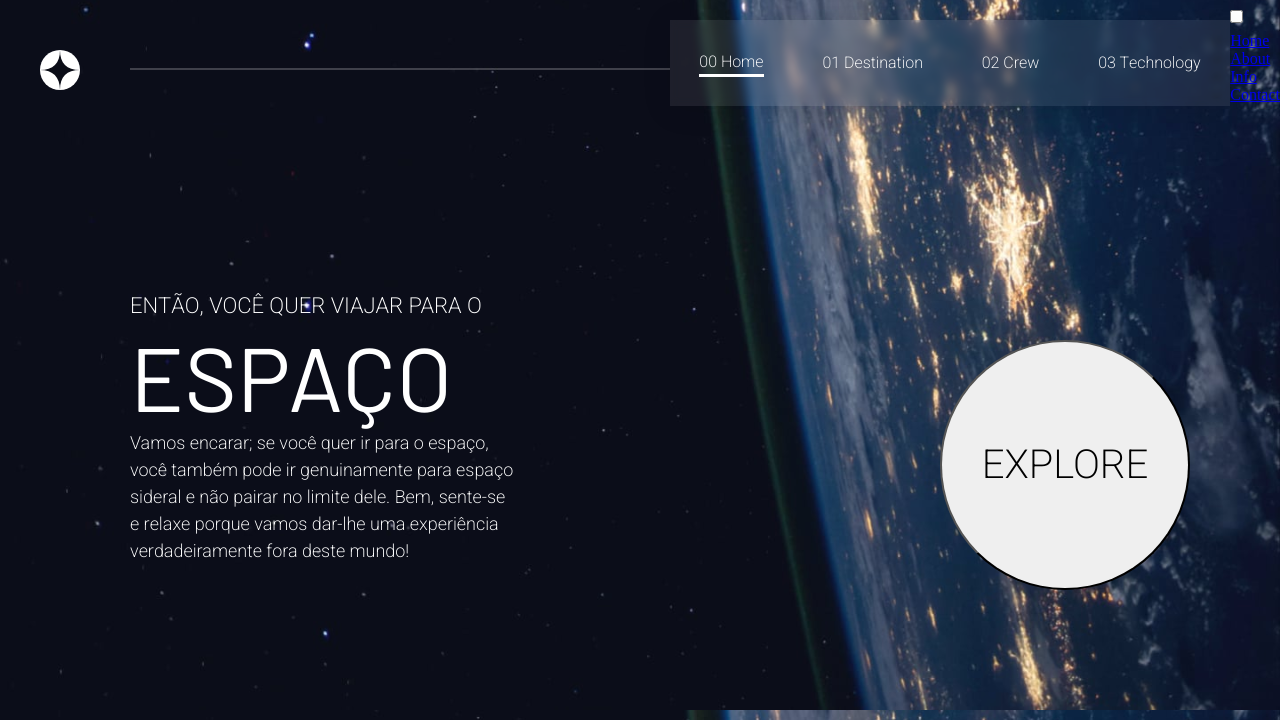
Repository: Leonngc/space-site
Page: space-tourism-website-main/space-tourism-website-main/starter-code/index.html
The author's editor kept a copy of each file at every save. The page is drawn from the files as they stood at one save, then again after the next save.
The browser window is 1280 px wide. The pictures show the whole page.
Some web libraries are served in a nearby version.

Above is the page before, as saved 2023-04-29 16:50:19.

### space-tourism-website-main/space-tourism-website-main/starter-code/index.html
<!DOCTYPE html>
<html lang="pt-br">
<head>
  <meta charset="UTF-8">
  <meta name="viewport" content="width=device-width, initial-scale=1.0">
  <link rel="icon" type="image/png" sizes="32x32" href="./assets/favicon-32x32.png">
  <link rel="stylesheet" href="styles/menu.css">
  <link rel="stylesheet" href="styles/home.css">
  <!-- CDN FLATICON-->
  <link rel='stylesheet' href='https://cdn-uicons.flaticon.com/uicons-bold-rounded/css/uicons-bold-rounded.css'>
  <script src="script/menu.js" defer></script>
  <title>Frontend Mentor | Space tourism website</title>
</head>
<body>

  <header>
    <img src="assets/shared/logo.svg" alt="" class="logo">
    <div class="line"></div>

    <ul class="menu">
    <li class="item-menu active"><a href="#">00 Home</a></li>
    <li class="item-menu"><a href="#">01 Destination</a></li>
    <li class="item-menu"><a href="#">02 Crew</a></li>
    <li class="item-menu"><a href="#">03 Technology</a></li>
    </ul>




    <div class="container">
      <div class="phone">
        <div class="content">

          <nav role="navigation">
            <div id="menuToggle">
              <input type="checkbox" />
                <span></span>
                <span></span>
                <span></span>
            <ul id="menu">
              <li><a href="#">Home</a></li>
              <li><a href="#">About</a></li>
              <li><a href="#">Info</a></li>
              <li><a href="#">Contact</a></li>
            </ul>
           </div>
          </nav>
        </div>
       </div>
    </div>
  </header>

<div class="container-button">
    <button>Explore</button>
  </div>
<div class="text-box">
    <span>Então, você quer viajar para o</span>
    <h1>Espaço</h1>
    <p>
      Vamos encarar; se você quer ir para o espaço, você também pode ir genuinamente para
      espaço sideral e não pairar no limite dele. Bem, sente-se e relaxe
      porque vamos dar-lhe uma experiência verdadeiramente fora deste mundo!
    </p>
</div>



</body>
</html>

### space-tourism-website-main/space-tourism-website-main/starter-code/styles/menu.css
@import url('https://fonts.googleapis.com/css2?family=Heebo:wght@200&display=swap');

*{
    padding: 0;
    margin: 0;
}

header{
    display: flex;
    justify-content: space-between;
}

.menu{
    margin-top: 20px;
    display: flex;
    width: 90vw ;
    height: 12vh;
    position: relative;
    justify-content: space-between;
    list-style: none;
    background: rgba(255, 255, 255, 0.21);
    background: rgba(255, 255, 255, 0.08);
    box-shadow: 0 4px 30px rgba(0, 0, 0, 0.1);
    backdrop-filter: blur(5px);
    -webkit-backdrop-filter: blur(5px);
}

.item-menu{
    margin: auto;

}

.item-menu a{
    text-decoration: none;
    font-family: 'Heebo', sans-serif;
    color: white;
}

.active{
  border-bottom: 3px solid white;
}

.line{
    background-color:  rgba(255, 255, 255, 0.21);

    height: 2px;
    width: 1110px;
    margin-top: 68px;
    margin-left: 30px;
}

.logo{
    margin-top: 30px;
    margin-left: 20px;
    width: 40px;
    height: 40px;
    padding: 20px;
}

@media screen and (max-width: 900px){
    .menu{
        display: none;
    }

    .line{
        display: none;
    }

    body{
        background-image: url(../assets/home/background-home-mobile.jpg) !important;
    }

}

### space-tourism-website-main/space-tourism-website-main/starter-code/styles/home.css
@import url('https://fonts.googleapis.com/css2?family=Barlow&display=swap');
@import url('https://fonts.googleapis.com/css2?family=Heebo:wght@200&display=swap');
/*  font-family: 'Barlow', sans-serif;
    font-family: 'Heebo', sans-serif;
*/

:root{
    --title-font: 'Barlow';
    --paragraph-font: 'Heebo';
}

body{
    background-image: url(../assets/home/background-home-desktop.jpg);
    background-size: cover;
    background-position: center center;
}


.text-box{
    margin-top: 150px;
    padding: 30px;
    margin-left: 100px;
    width: 30vw;
    color: white;
}

span{
    font-family: var(--paragraph-font);
    font-size: 22px;
    text-transform: uppercase;
}

h1{
    font-family: var(--title-font);
    font-size: 90px;
    font-weight: 200;
    text-transform: uppercase;
}

p{
    font-family: var(--paragraph-font), sans-serif;
    font-size: 18px;
}

.container-button{
    float: right;
    margin-top: 230px;
    margin-right: 90px;
    margin-bottom: 30px;
}

.container-button button{
    width: 250px;
    height: 250px;
    border-radius: 50%;
    font-size: 40px;
    font-family: var(--paragraph-font);
    font-weight: 200;
    text-transform: uppercase;
}

Loaded but not shown: space-tourism-website-main/space-tourism-website-main/starter-code/script/menu.js (no stored copy; drawn as an empty file)

After the next save:
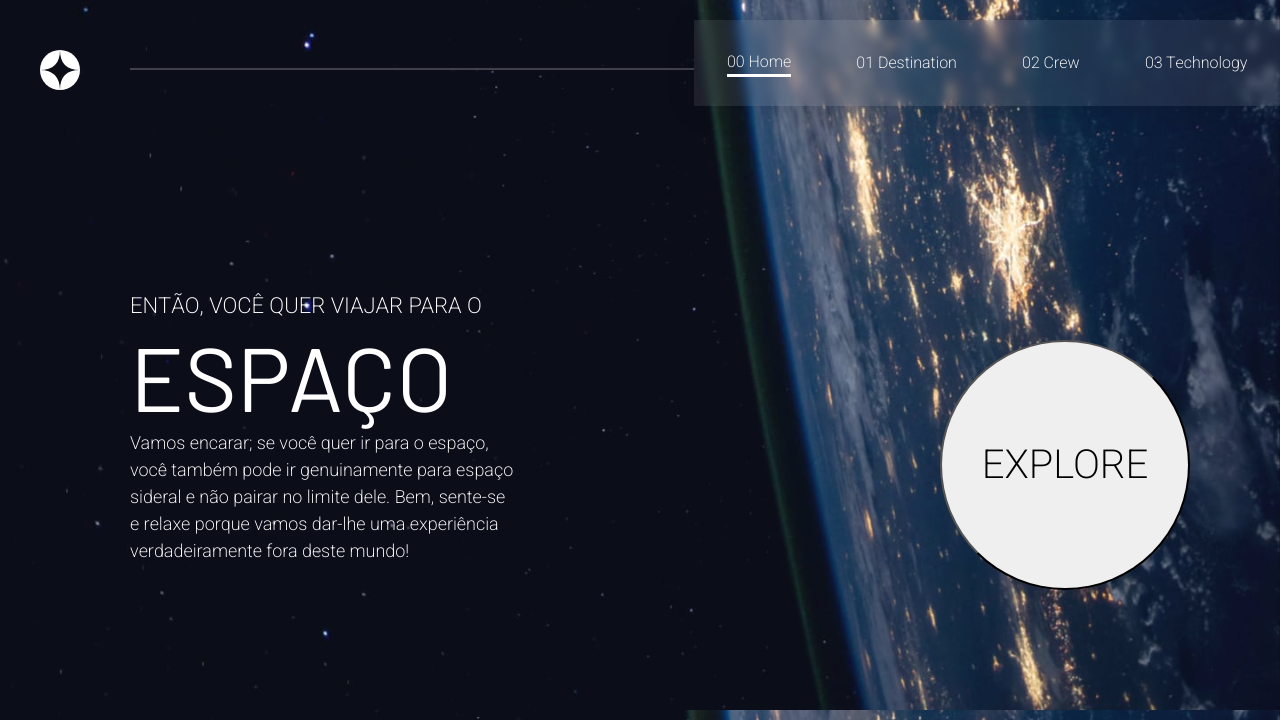
Saved 7 s later.
--- a/space-tourism-website-main/space-tourism-website-main/starter-code/index.html
+++ b/space-tourism-website-main/space-tourism-website-main/starter-code/index.html
@@ -26,28 +26,6 @@
 
 
 
-
-    <div class="container">
-      <div class="phone">
-        <div class="content">
-
-          <nav role="navigation">
-            <div id="menuToggle">
-              <input type="checkbox" />
-                <span></span>
-                <span></span>
-                <span></span>
-            <ul id="menu">
-              <li><a href="#">Home</a></li>
-              <li><a href="#">About</a></li>
-              <li><a href="#">Info</a></li>
-              <li><a href="#">Contact</a></li>
-            </ul>
-           </div>
-          </nav>
-        </div>
-       </div>
-    </div>
   </header>
 
 <div class="container-button">
